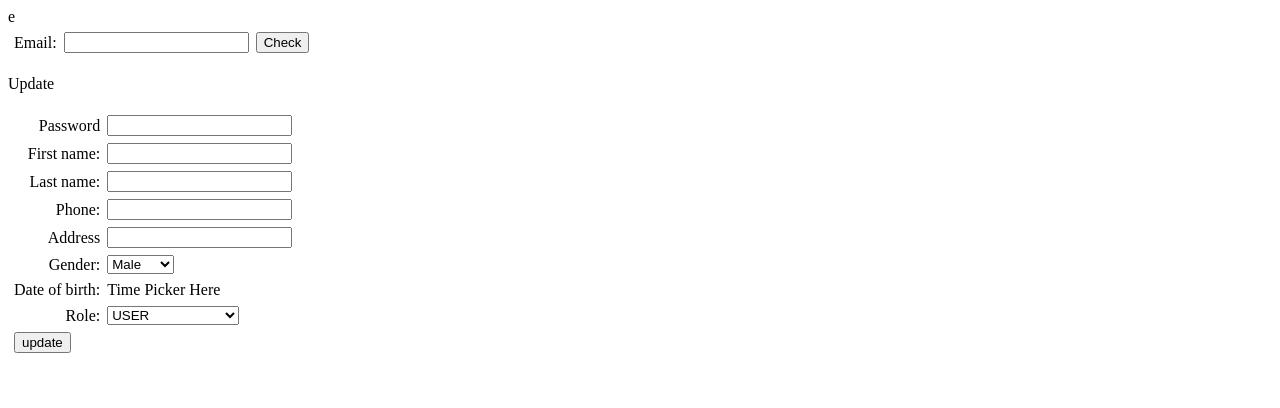
Repository: pffdota04/cuahang
Page: http://localhost/CuaHang/Views/Admin/container/account/update.jsp
The author's editor kept a copy of each file at every save. The page is drawn from the files as they stood at one save, then again after the next save.
The browser window is 1280 px wide. The pictures show the whole page.
The page is served by Tomcat 9.

Above is the page before, as saved 2020-11-12 07:27:08.

After the next save:
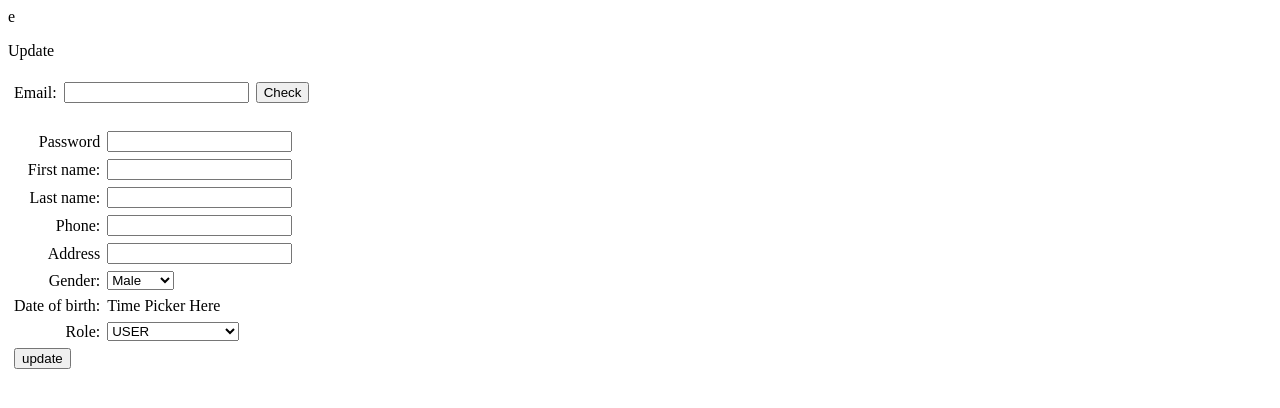
Saved 16 s later.
--- a/CuaHang/WebContent/Views/Admin/container/account/update.jsp
+++ b/CuaHang/WebContent/Views/Admin/container/account/update.jsp
@@ -9,7 +9,7 @@ e<%@ page language="java" contentType="text/html; charset=ISO-8859-1"
 <body>
 	<div class="update">
 
-
+		<p>Update</p>
 		<form action="${pageContext.request.contextPath}/fill-By-Email"
 			method="post">
 			<table cellspacing="5">
@@ -23,7 +23,6 @@ e<%@ page language="java" contentType="text/html; charset=ISO-8859-1"
 		</form>
 		<form action="${pageContext.request.contextPath}/update-account"
 			method="post">
-			<p>Update</p>
 			<table cellspacing="5">
 				<tr>
 					<td align="right">Password</td>
